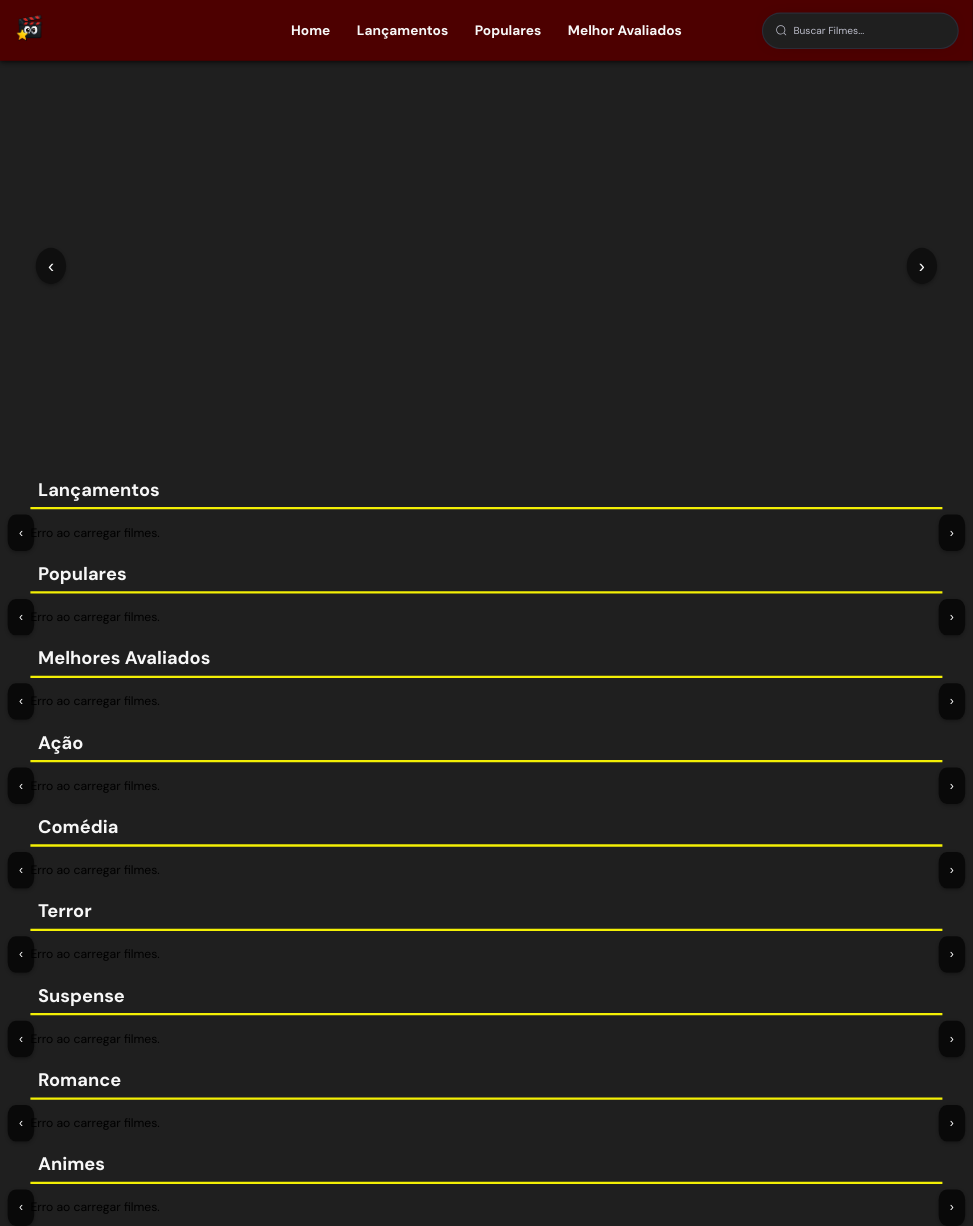
Repository: juanpablitozito/stat-viewer
Page: index.html
An editor plug-in stored every save of this project. The page is shown before and after a run of saves, followed by the edit.
The browser window is 1280 px wide. The pictures show the whole page, at 76% of full size.
The page's requests for data from a server got no answer.

Above is the page before, as saved 2025-10-01 21:19:04.

After the next 2 saves:
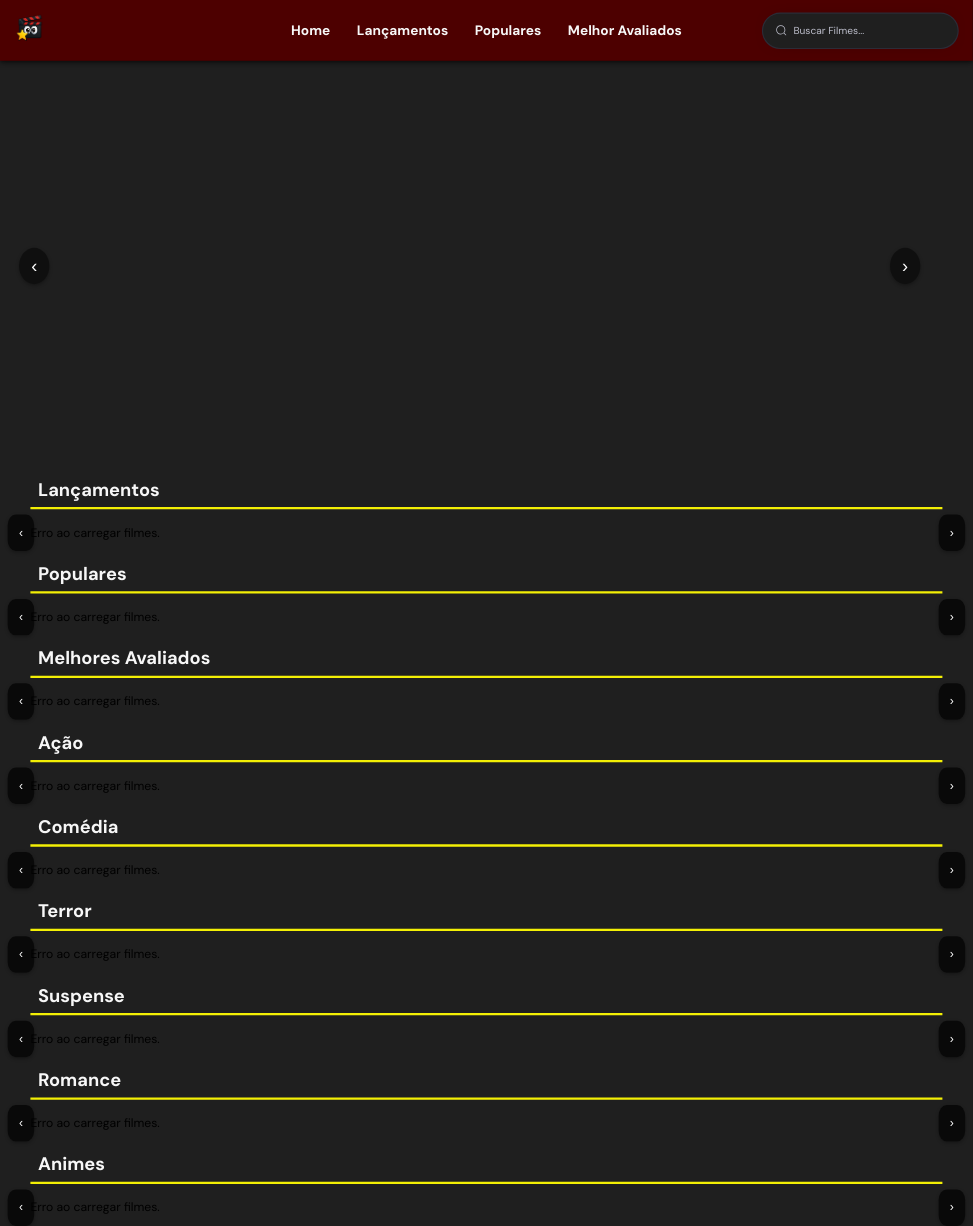
The 2 saves are shown as one change because they came seconds apart.
The last was saved 22 s later.
--- a/src/styles/style.css
+++ b/src/styles/style.css
@@ -132,7 +132,7 @@
   position: relative;  /* Posição relativa */
   width: 95vw;  /* Largura do carrossel */
   height: 600px;  /* Altura do carrossel */
-  margin: 100px auto 20px;  /* Margem automática para centralizar */
+  margin: 100px 10px 20px;  /* Margem automática para centralizar */
   overflow: hidden;  /* Oculta qualquer conteúdo fora da área visível */
   border-radius: 10px;  /* Bordas arredondadas */
   box-shadow: 0 4px 10px var(--sombra);  /* Sombra para o carrossel */

After the 2 saves that followed:
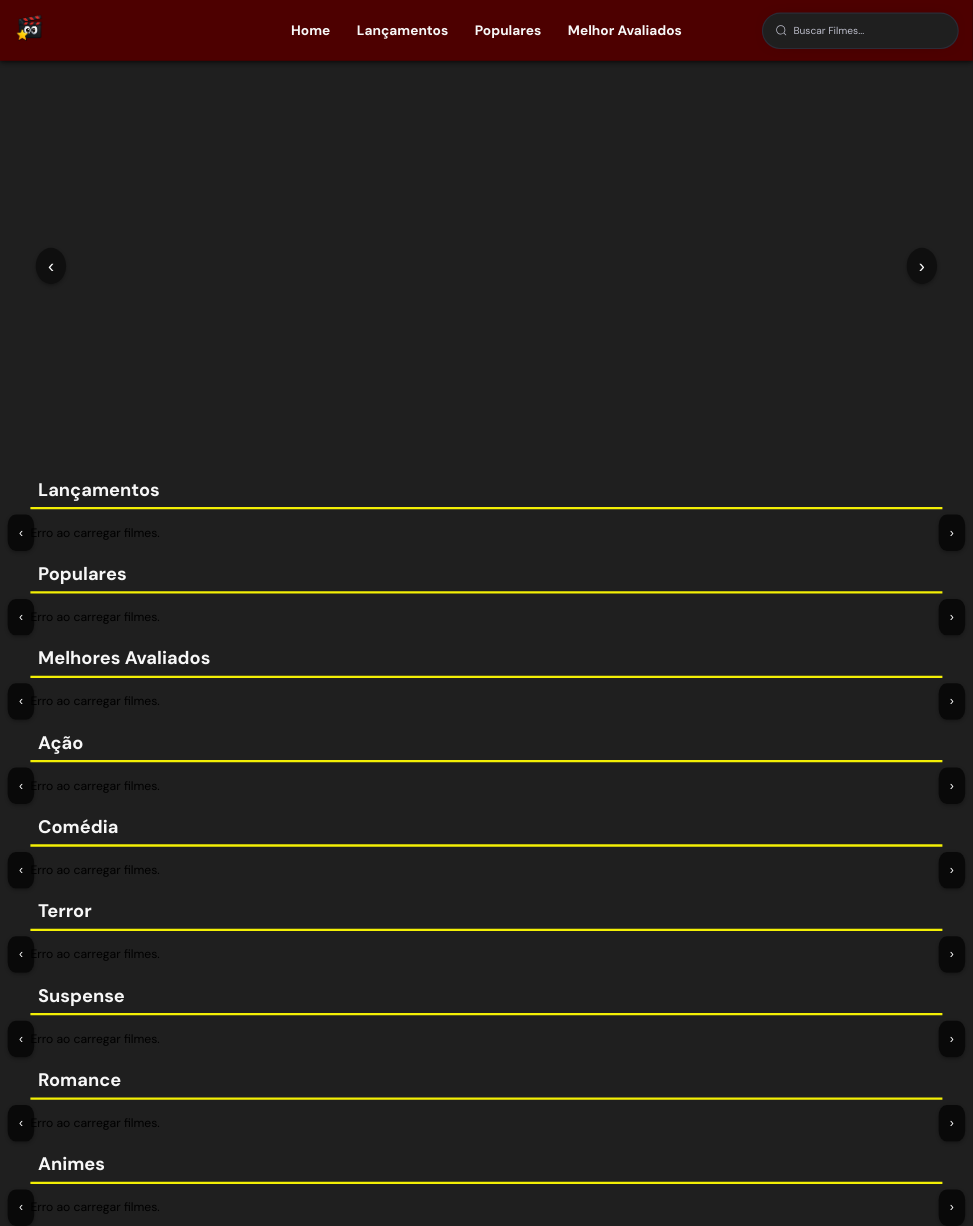
The 2 saves are shown as one change because they came seconds apart.
The last was saved 8 s later.
--- a/src/styles/style.css
+++ b/src/styles/style.css
@@ -132,7 +132,7 @@
   position: relative;  /* Posição relativa */
   width: 95vw;  /* Largura do carrossel */
   height: 600px;  /* Altura do carrossel */
-  margin: 100px 10px 20px;  /* Margem automática para centralizar */
+  margin: 100px auto 20px;  /* Margem automática para centralizar */
   overflow: hidden;  /* Oculta qualquer conteúdo fora da área visível */
   border-radius: 10px;  /* Bordas arredondadas */
   box-shadow: 0 4px 10px var(--sombra);  /* Sombra para o carrossel */
